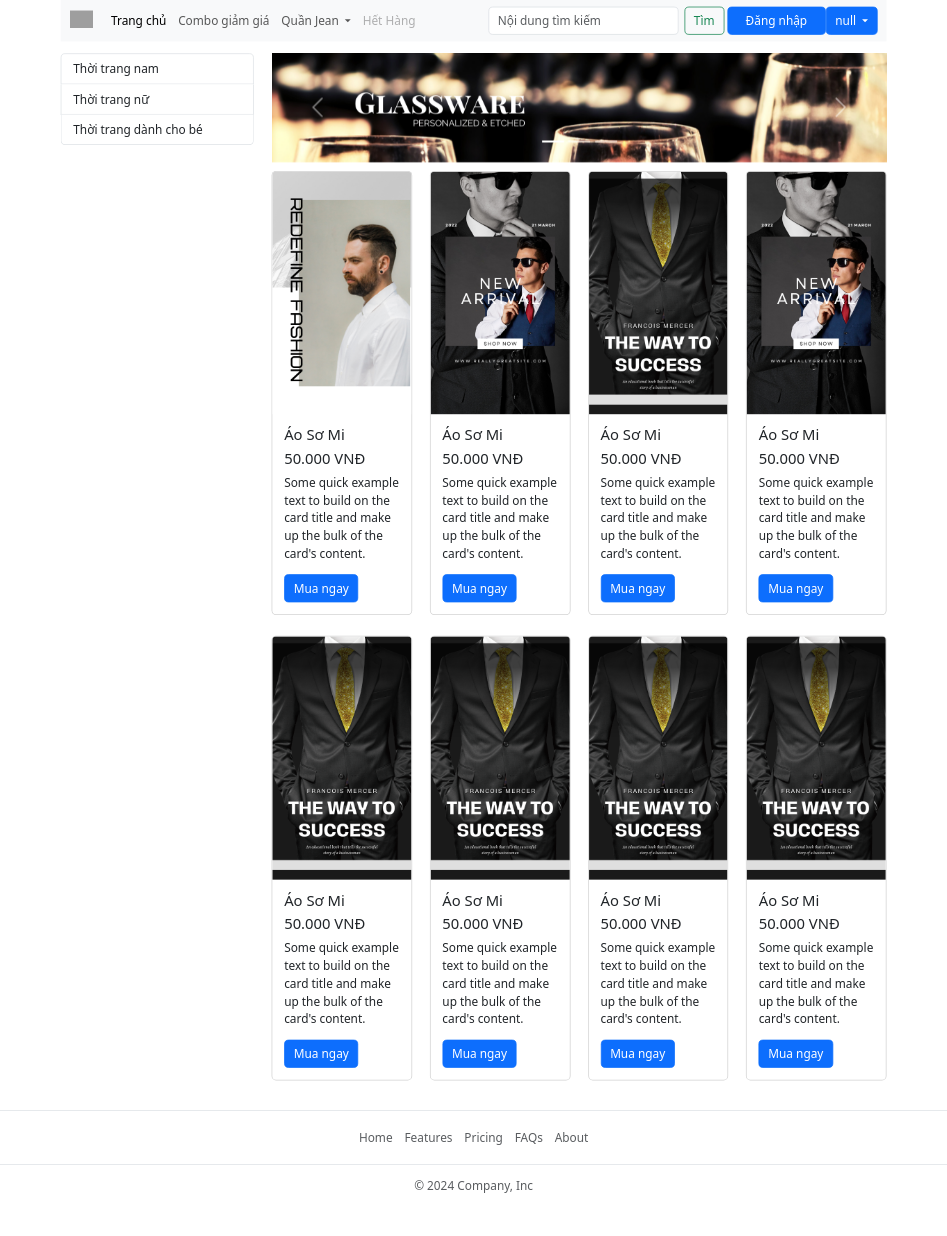
Repository: wuubangdev/bookstore-servlet-jsp
Page: http://localhost/Bai32_WebBanSach_/
An editor plug-in stored every save of this project. The page is shown before and after the next save, followed by the edit.
The browser window is 1280 px wide. The pictures show the whole page, at 74% of full size.
Pictures or frames that could not be fetched are drawn as grey boxes. The page is served by Tomcat 9. Other server files are loaded and not shown.

Above is the page before, as saved 2024-03-24 10:36:24.

### Bai32_WebBanSach_/src/main/webapp/index.jsp
<%@ page language="java" contentType="text/html; charset=UTF-8"
    pageEncoding="UTF-8"%>
<!DOCTYPE html>
<html>
<head>
<meta charset="UTF-8">
<meta name="viewport" content="width=device-width, initial-scale=1">
<title>BookStrore</title>
<link
	href="https://cdn.jsdelivr.net/npm/bootstrap@5.3.3/dist/css/bootstrap.min.css"
	rel="stylesheet"
	integrity="sha384-QWTKZyjpPEjISv5WaRU9OFeRpok6YctnYmDr5pNlyT2bRjXh0JMhjY6hW+ALEwIH"
	crossorigin="anonymous">
<script
	src="https://cdn.jsdelivr.net/npm/bootstrap@5.3.3/dist/js/bootstrap.bundle.min.js"
	integrity="sha384-YvpcrYf0tY3lHB60NNkmXc5s9fDVZLESaAA55NDzOxhy9GkcIdslK1eN7N6jIeHz"
	crossorigin="anonymous">
</script>
</head>
<body>
	<!-- Navbar -->
	<div id="container" class="container" style="width: 100%">
	<nav class="navbar navbar-expand-lg bg-body-tertiary">
		<div class="container-fluid">
			<a class="navbar-brand" href="#"> <img
				src="https://titv.vn/wp-content/uploads/2023/10/Screenshot-2023-01-29-230321.png"
				alt="Logo" height="24" class="d-inline-block align-text-top">
			</a>
			<button class="navbar-toggler" type="button"
				data-bs-toggle="collapse" data-bs-target="#navbarSupportedContent"
				aria-controls="navbarSupportedContent" aria-expanded="false"
				aria-label="Toggle navigation">
				<span class="navbar-toggler-icon"></span>
			</button>
			<div class="collapse navbar-collapse" id="navbarSupportedContent">
				<ul class="navbar-nav me-auto mb-2 mb-lg-0">
					<li class="nav-item"><a class="nav-link active"
						aria-current="page" href="#">Trang chủ</a></li>
					<li class="nav-item"><a class="nav-link" href="#">Combo
							giảm giá</a></li>
					<li class="nav-item dropdown"><a
						class="nav-link dropdown-toggle" href="#" role="button"
						data-bs-toggle="dropdown" aria-expanded="false"> Quần Jean </a>
						<ul class="dropdown-menu">
							<li><a class="dropdown-item" href="#">Áo Thung</a></li>
							<li><a class="dropdown-item" href="#">Áo Sơ Mi</a></li>
							<li><hr class="dropdown-divider"></li>
							<li><a class="dropdown-item" href="#">Váy</a></li>
						</ul></li>
					<li class="nav-item"><a class="nav-link disabled"
						aria-disabled="true">Hết Hàng</a></li>
				</ul>
				<form class="d-flex" role="search">
					<input class="form-control me-2" type="search"
						placeholder="Nội dung tìm kiếm" aria-label="Search">
					<button class="btn btn-outline-success" type="submit">Tìm</button>
					<%
						String userName = session.getAttribute("userName")+"";
						if(userName.equals("null")){
					%>
					<a class="btn btn-primary px-4" style="white-space: nowrap; margin-left: 4px;" href="login.jsp">Đăng nhập</a>
					<%} else { %>
					<%} %>
					<div class="dropdown primary">
					  <button class="btn btn-primary dropdown-toggle" type="button" data-bs-toggle="dropdown" aria-expanded="false">
					    <%=userName%>
					  </button>
					  <ul class="dropdown-menu">
					    <li><a class="dropdown-item" href="#">Đổi mật khẩu</a></li>
					    <li><a class="dropdown-item" href="#">Đổi thông tin</a></li>
					    <li><hr class="dropdown-divider"></li>
					    <li><a class="dropdown-item" href="#">Thoát</a></li>
					  </ul>
					</div>
				</form>
			</div>
		</div>
	</nav>
	<!-- End Navbar -->
	<!-- Page content -->
		<div class="row">
			<!-- Menu left -->
			<div class="col-lg-3" style="padding-top: 16px">
				<div class="list-group">
				  <a href="#" class="list-group-item list-group-item-action" aria-current="true">Thời trang nam</a>
				  <a href="#" class="list-group-item list-group-item-action">Thời trang nữ</a>
				  <a href="#" class="list-group-item list-group-item-action">Thời trang dành cho bé</a>
				</div>
			</div>
			<!-- End Menu left -->

			<!-- Slider and product -->
			<div class="col-lg-9 pt-16" style="padding-top: 16px ">
				<!-- Slider -->
					<div id="carouselExampleIndicators" class="carousel slide">
					  <div class="carousel-indicators">
					    <button type="button" data-bs-target="#carouselExampleIndicators" data-bs-slide-to="0" class="active" aria-current="true" aria-label="Slide 1"></button>
					    <button type="button" data-bs-target="#carouselExampleIndicators" data-bs-slide-to="1" aria-label="Slide 2"></button>
					    <button type="button" data-bs-target="#carouselExampleIndicators" data-bs-slide-to="2" aria-label="Slide 3"></button>
					  </div>
					  <div class="carousel-inner">
					    <div class="carousel-item active">
					      <img src="img/slider/slider_1.png" class="d-block w-100" alt="...">
					    </div>
					    <div class="carousel-item">
					      <img src="img/slider/slider_2.png" class="d-block w-100" alt="...">
					    </div>
					    <div class="carousel-item">
					      <img src="img/slider/slider_3.png" class="d-block w-100" alt="...">
					    </div>
					  </div>
					  <button class="carousel-control-prev" type="button" data-bs-target="#carouselExampleIndicators" data-bs-slide="prev">
					    <span class="carousel-control-prev-icon" aria-hidden="true"></span>
					    <span class="visually-hidden">Previous</span>
					  </button>
					  <button class="carousel-control-next" type="button" data-bs-target="#carouselExampleIndicators" data-bs-slide="next">
					    <span class="carousel-control-next-icon" aria-hidden="true"></span>
					    <span class="visually-hidden">Next</span>
					  </button>
					</div>
				<!-- End Slider -->
				<!-- Product -->
				<div class="row">
					<div class="col-lg-3 col-md-6 col-sm-12 mb-3" style="margin-top: 12px">
						<div class="card" style="width: 100%;">
						  <img src="img/product/pro1.png" class="card-img-top">
						  <div class="card-body">
						    <h5 class="card-title">Áo Sơ Mi</h5>
						    <h5 class="card-title">50.000 VNĐ</h5>
						    <p class="card-text">Some quick example text to build on the card title and make up the bulk of the card's content.</p>
						    <a href="#" class="btn btn-primary">Mua ngay</a>
						  </div>
						</div>
					</div>
					<div class="col-lg-3 col-md-6 col-sm-12 mb-3" style="margin-top: 12px">
						<div class="card" style="width: 100%;">
						  <img src="img/product/pro3.png" class="card-img-top">
						  <div class="card-body">
						    <h5 class="card-title">Áo Sơ Mi</h5>
						    <h5 class="card-title">50.000 VNĐ</h5>
						    <p class="card-text">Some quick example text to build on the card title and make up the bulk of the card's content.</p>
						    <a href="#" class="btn btn-primary">Mua ngay</a>
						  </div>
						</div>
					</div>
					<div class="col-lg-3 col-md-6 col-sm-12 mb-3" style="margin-top: 12px">
						<div class="card" style="width: 100%;">
						  <img src="img/product/pro2.png" class="card-img-top">
						  <div class="card-body">
						    <h5 class="card-title">Áo Sơ Mi</h5>
						    <h5 class="card-title">50.000 VNĐ</h5>
						    <p class="card-text">Some quick example text to build on the card title and make up the bulk of the card's content.</p>
						    <a href="#" class="btn btn-primary">Mua ngay</a>
						  </div>
						</div>
					</div>
					<div class="col-lg-3 col-md-6 col-sm-12 mb-3" style="margin-top: 12px">
						<div class="card" style="width: 100%;">
						  <img src="img/product/pro3.png" class="card-img-top">
						  <div class="card-body">
						    <h5 class="card-title">Áo Sơ Mi</h5>
						    <h5 class="card-title">50.000 VNĐ</h5>
						    <p class="card-text">Some quick example text to build on the card title and make up the bulk of the card's content.</p>
						    <a href="#" class="btn btn-primary">Mua ngay</a>
						  </div>
						</div>
					</div>
					<div class="col-lg-3 col-md-6 col-sm-12 mb-3" style="margin-top: 12px">
						<div class="card" style="width: 100%;">
						  <img src="img/product/pro2.png" class="card-img-top">
						  <div class="card-body">
						    <h5 class="card-title">Áo Sơ Mi</h5>
						    <h5 class="card-title">50.000 VNĐ</h5>
						    <p class="card-text">Some quick example text to build on the card title and make up the bulk of the card's content.</p>
						    <a href="#" class="btn btn-primary">Mua ngay</a>
						  </div>
						</div>
					</div>
					<div class="col-lg-3 col-md-6 col-sm-12 mb-3" style="margin-top: 12px">
						<div class="card" style="width: 100%;">
						  <img src="img/product/pro2.png" class="card-img-top">
						  <div class="card-body">
						    <h5 class="card-title">Áo Sơ Mi</h5>
						    <h5 class="card-title">50.000 VNĐ</h5>
						    <p class="card-text">Some quick example text to build on the card title and make up the bulk of the card's content.</p>
						    <a href="#" class="btn btn-primary">Mua ngay</a>
						  </div>
						</div>
					</div>
					<div class="col-lg-3 col-md-6 col-sm-12 mb-3" style="margin-top: 12px">
						<div class="card" style="width: 100%;">
						  <img src="img/product/pro2.png" class="card-img-top">
						  <div class="card-body">
						    <h5 class="card-title">Áo Sơ Mi</h5>
						    <h5 class="card-title">50.000 VNĐ</h5>
						    <p class="card-text">Some quick example text to build on the card title and make up the bulk of the card's content.</p>
						    <a href="#" class="btn btn-primary">Mua ngay</a>
						  </div>
						</div>
					</div>
					<div class="col-lg-3 col-md-6 col-sm-12 mb-3" style="margin-top: 12px">
						<div class="card" style="width: 100%;">
						  <img src="img/product/pro2.png" class="card-img-top">
						  <div class="card-body">
						    <h5 class="card-title">Áo Sơ Mi</h5>
						    <h5 class="card-title">50.000 VNĐ</h5>
						    <p class="card-text">Some quick example text to build on the card title and make up the bulk of the card's content.</p>
						    <a href="#" class="btn btn-primary">Mua ngay</a>
						  </div>
						</div>
					</div>
				</div>
				<!-- End Product -->
			</div>
			<!-- End Slider and product -->
		</div>
	</div>
	<!-- End Page content -->
	<!-- Page footer -->
	<footer class="py-3 my-4 border-top">
	    <ul class="nav justify-content-center border-bottom pb-3 mb-3">
	      <li class="nav-item"><a href="#" class="nav-link px-2 text-body-secondary">Home</a></li>
	      <li class="nav-item"><a href="#" class="nav-link px-2 text-body-secondary">Features</a></li>
	      <li class="nav-item"><a href="#" class="nav-link px-2 text-body-secondary">Pricing</a></li>
	      <li class="nav-item"><a href="#" class="nav-link px-2 text-body-secondary">FAQs</a></li>
	      <li class="nav-item"><a href="#" class="nav-link px-2 text-body-secondary">About</a></li>
	    </ul>
	    <p class="text-center text-body-secondary">© 2024 Company, Inc</p>
 	 </footer>
	<!-- End Page footer -->
</body>
</html>

After the next save:
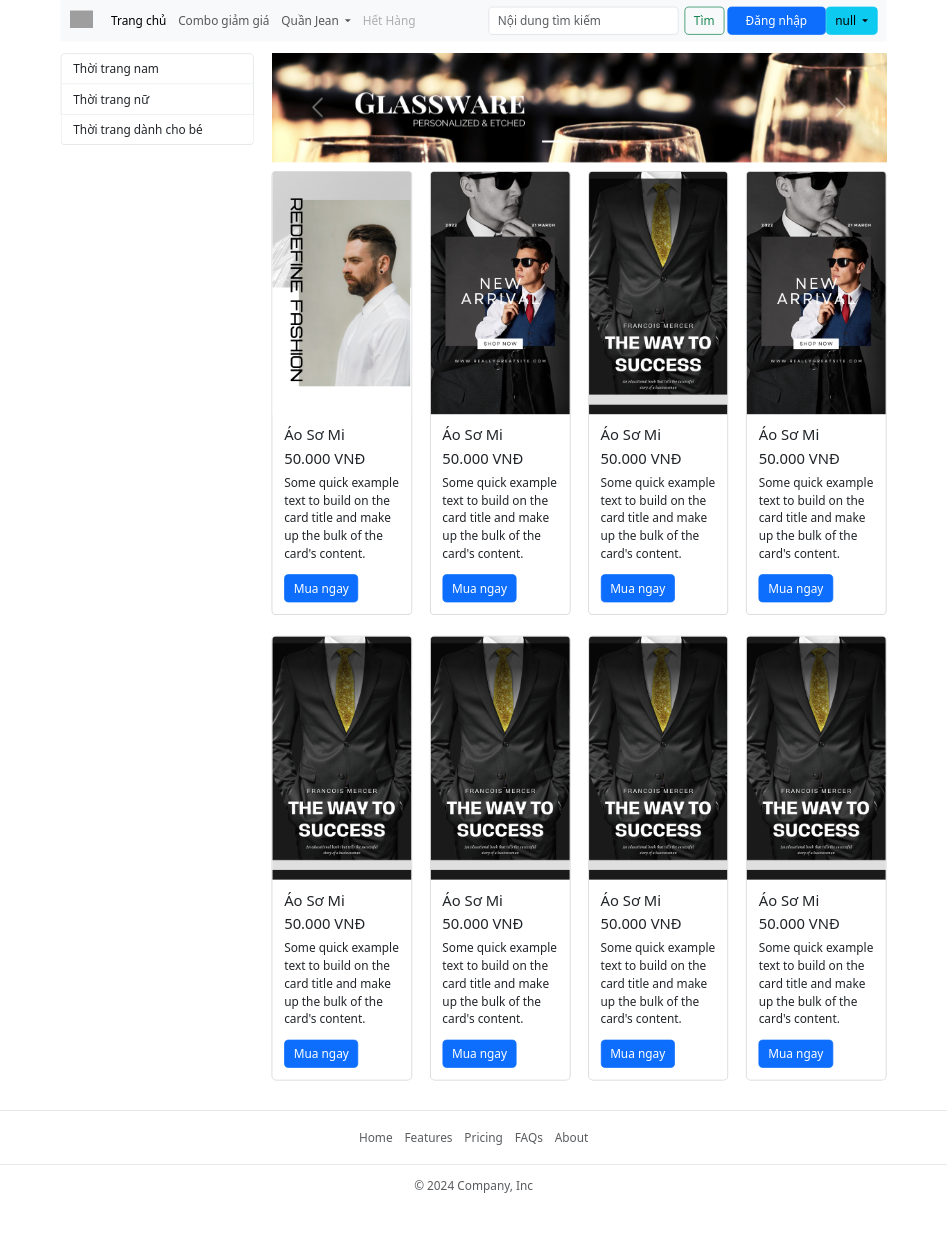
Saved 12 s later.
--- a/Bai32_WebBanSach_/src/main/webapp/index.jsp
+++ b/Bai32_WebBanSach_/src/main/webapp/index.jsp
@@ -62,7 +62,7 @@
 					<%} else { %>
 					<%} %>
 					<div class="dropdown primary">
-					  <button class="btn btn-primary dropdown-toggle" type="button" data-bs-toggle="dropdown" aria-expanded="false">
+					  <button class="btn btn-info dropdown-toggle" type="button" data-bs-toggle="dropdown" aria-expanded="false">
 					    <%=userName%>
 					  </button>
 					  <ul class="dropdown-menu">
